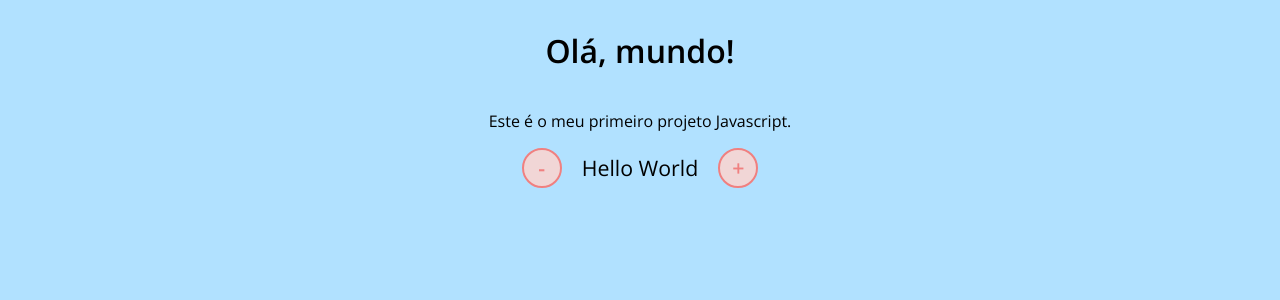
Repository: amandahrodrigues/dio-introducao-ao-javascript
Page: contador/index.html
An editor plug-in stored every save of this project. The page is shown before and after the next save, followed by the edit.
The browser window is 1280 px wide. The pictures show the whole page.
After loading, the first visible `#increment` was clicked once.

Above is the page before, as saved 2021-12-22 16:11:16.
Console error: TypeError: increment is not a function

After the next save:
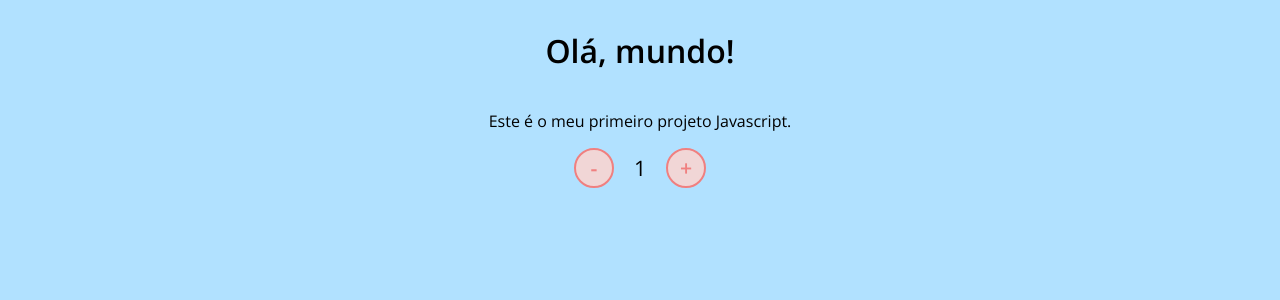
Saved 24 s later.
--- a/contador/assets/js/scripts.js
+++ b/contador/assets/js/scripts.js
@@ -13,5 +13,5 @@ function decrement(){
 
 document.getElementById("increment").addEventListener("click", function() {
     currentNumber = currentNumber + 1;
-    document.getElementById("currentNumber").innerHTML = "Hello World";
+    document.getElementById("currentNumber").innerHTML = currentNumber;
 });
